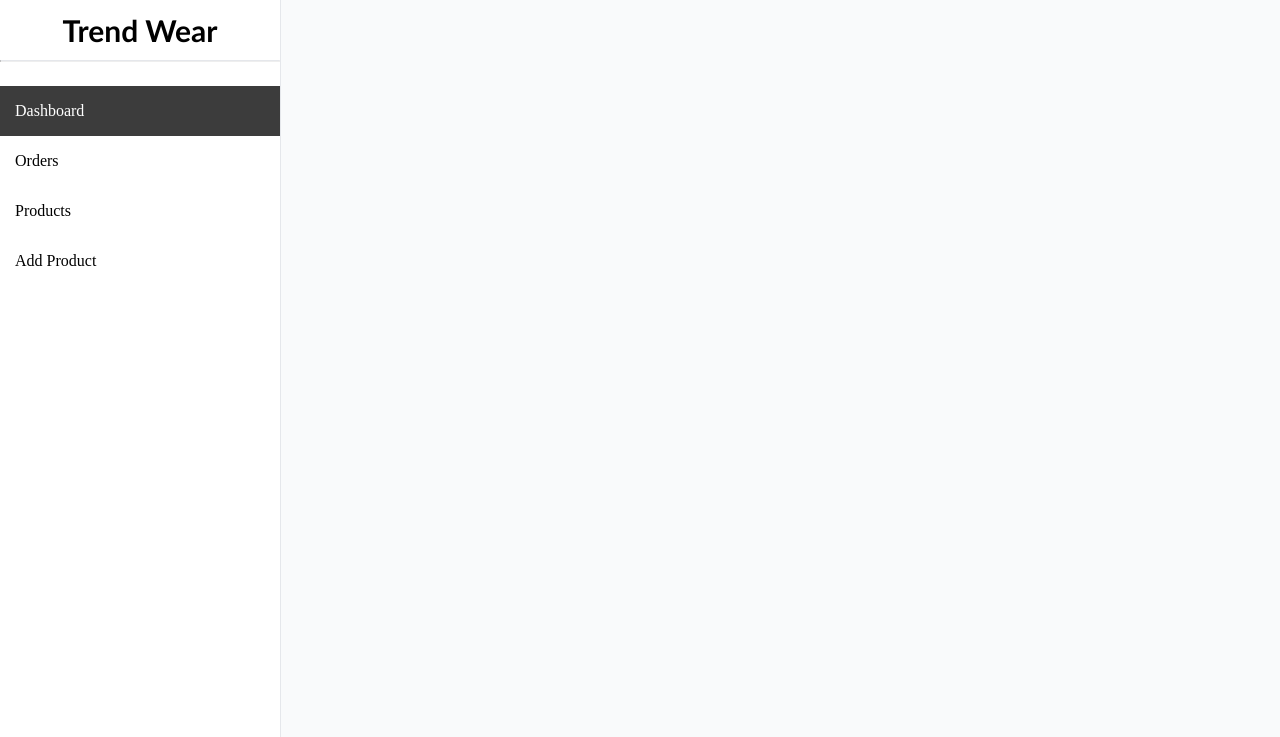
Repository: ahmad-dev7/TrendWear
Page: / (app in trend_wear_dashboard/)
These files come from the project's save history. The page is drawn as it stood at one moment and after the next save; the edit follows.
The browser window is 1280 px wide. The pictures show the whole page.
The project was rebuilt for these pictures with package versions that can differ from the ones it lists, and the page was loaded fresh each time. Also part of the build but not shown: trend_wear_dashboard/vite.config.ts.

Above is the page before, as saved 2025-01-19 16:23:57.

### trend_wear_dashboard/index.html
<!doctype html>
<html lang="en">

<head>
  <meta charset="UTF-8" />
  <link rel="icon" type="image/svg+xml" href="/vite.svg" />
  <meta name="viewport" content="width=device-width, initial-scale=1.0" />
  <title>Trend Wear</title>
</head>

<body>
  <div id="root"></div>
  <script type="module" src="/src/main.tsx"></script>
</body>

</html>

### trend_wear_dashboard/src/main.tsx
import { StrictMode } from "react";
import { createRoot } from "react-dom/client";
//import "bootstrap/dist/css/bootstrap.css";
import "./App.css";
import App from "./App.tsx";

createRoot(document.getElementById("root")!).render(
  <StrictMode>
    <App />
  </StrictMode>
);

### trend_wear_dashboard/src/App.css
body {
    background-color: #F9FAFB;
    padding: 0px;
    margin: 0px;

}

### trend_wear_dashboard/src/App.tsx
import Sidebar from "./Sidebar/Sidebar";

function App() {
  return (
    <>
      <Sidebar />
    </>
  );
}

export default App;

### trend_wear_dashboard/src/Sidebar/Sidebar.tsx
import "./Sidebar.css";
import SidebarContent from "./SidebarContent";

const Sidebar = () => {
  return (
    <div id="sidebar">
      <div className="header">Trend Wear</div>
      <hr />
      <ul id="sidebar-content">
        <SidebarContent />
      </ul>
    </div>
  );
};

export default Sidebar;

### trend_wear_dashboard/src/Sidebar/sidebar.css
/* Sidebar body */
#sidebar {
    background-color: white;
    width: 280px;
    height: 99vh;
    padding: 12px 0px 12px 0px;
    border-right: 1px solid #e5e7eb;
}

/* Header with title [Trend Wear] */
#sidebar .header {
    height: 40px;
    font-size: 30px;
    text-align: center;
    font-weight: bold;
    font-family: 'Gill Sans', 'Gill Sans MT', Calibri, 'Trebuchet MS', sans-serif;
}

/* Divider between header and navbar */
#sidebar hr {
    border-top: 1px solid #e5e7eb;
}

#sidebar-content {
    list-style-type: none;
    margin-top: 24px;
    padding: 0px;
    cursor: pointer;
}



#sidebar-content .tab {
    height: 50px;
    color: black;
    display: flex;
    align-items: center;
    justify-content: flex-start;
    padding-left: 15px;
}

#sidebar-content .active {
    background-color: #3c3c3c;
    color: white;
}

#sidebar-content .tab:hover:not(.active) {
    background-color: #eaeaea;
}

### trend_wear_dashboard/src/Sidebar/SidebarContent.tsx
import "./Sidebar.css";

const SidebarContent = () => {
  var tabs = ["Dashboard", "Orders", "Products", "Add Product"];
  var activeTab = tabs[0];
  return (
    <>
      {tabs.map((tab) => (
        <li key={tab} className={"tab " + (activeTab == tab && "active")}>
          {tab}
        </li>
      ))}
      {/* <li className="tab active">Dashboard</li>
      <li className="tab">Orders</li>
      <li className="tab">Products</li>
      <li className="tab">Add Product</li> */}
    </>
  );
};

export default SidebarContent;

After the next save:
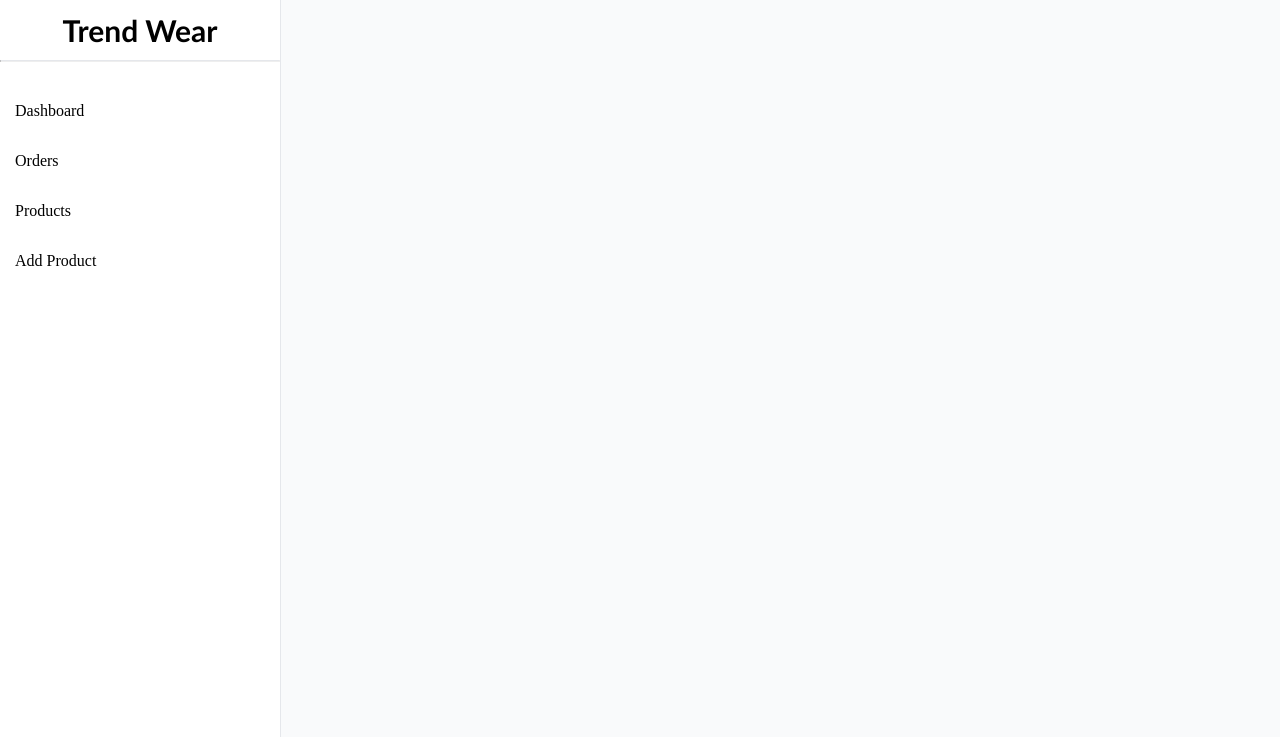
Saved 20 s later.
--- a/trend_wear_dashboard/src/Sidebar/SidebarContent.tsx
+++ b/trend_wear_dashboard/src/Sidebar/SidebarContent.tsx
@@ -6,7 +6,7 @@ const SidebarContent = () => {
   return (
     <>
       {tabs.map((tab) => (
-        <li key={tab} className={"tab " + (activeTab == tab && "active")}>
+        <li key={tab} className={"tab "}>
           {tab}
         </li>
       ))}

After the save that followed:
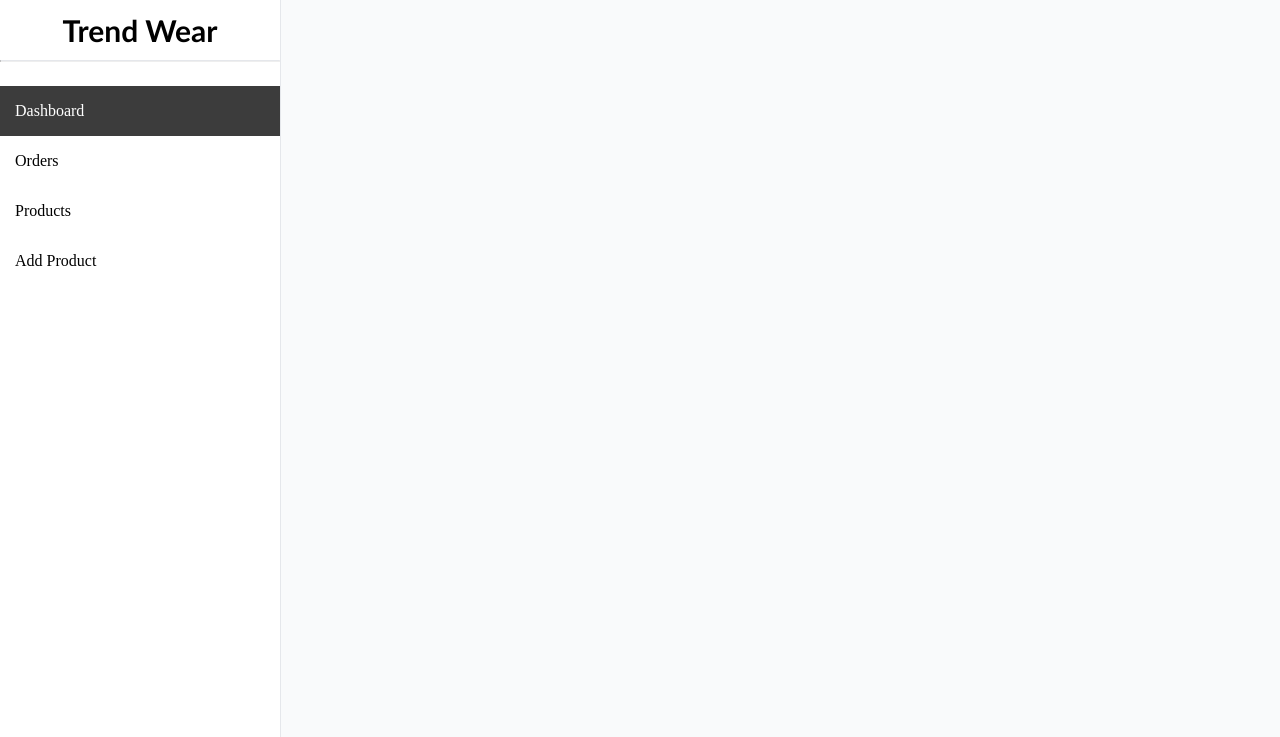
Saved 26 s later.
--- a/trend_wear_dashboard/src/Sidebar/SidebarContent.tsx
+++ b/trend_wear_dashboard/src/Sidebar/SidebarContent.tsx
@@ -6,7 +6,7 @@ const SidebarContent = () => {
   return (
     <>
       {tabs.map((tab) => (
-        <li key={tab} className={"tab "}>
+        <li key={tab} className={"tab " + (activeTab == tab && "active")}>
           {tab}
         </li>
       ))}
